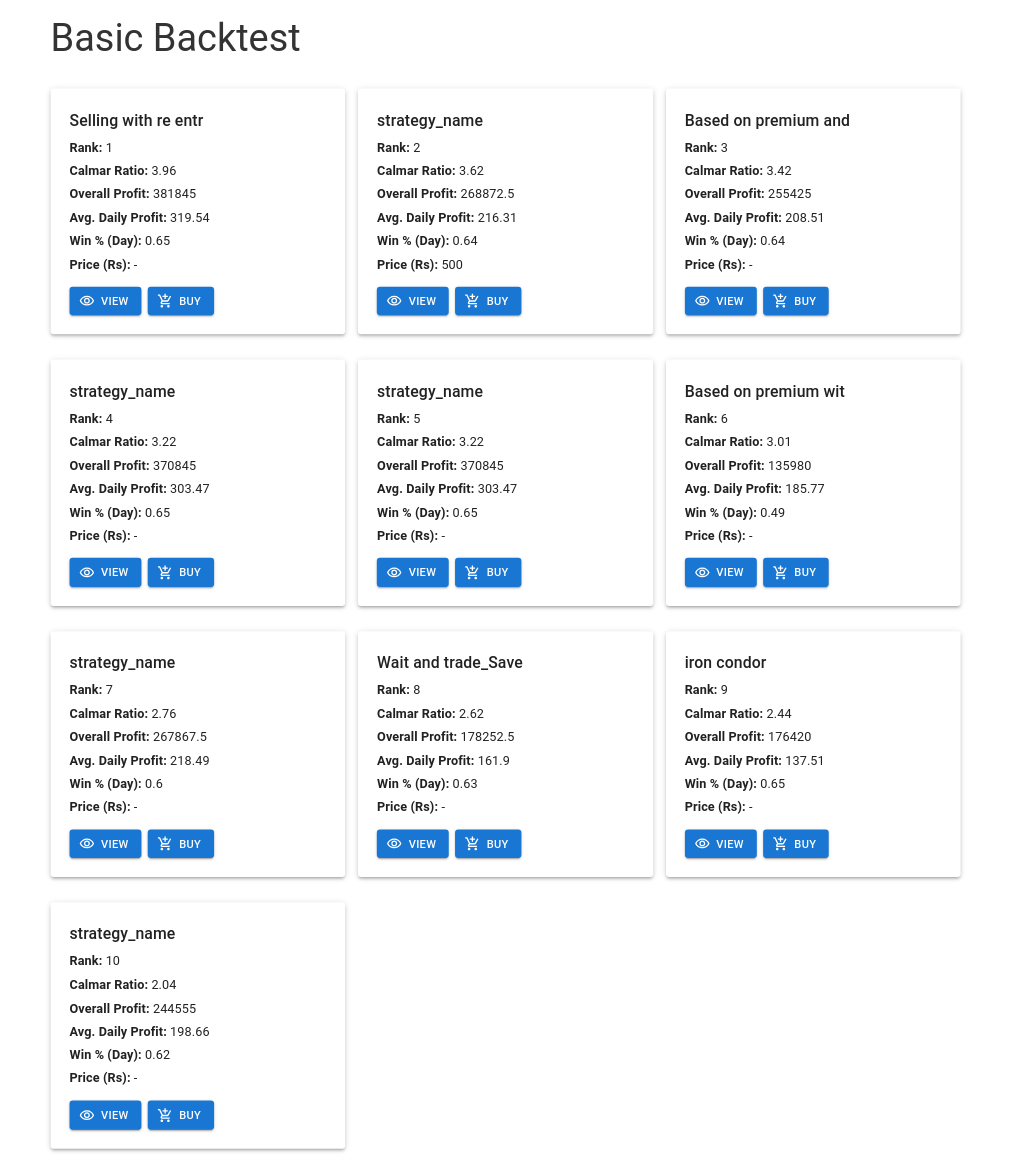
Repository: PraTEEkgUpTa2/Leaderboard
Page: /
An editor plug-in stored every save of this project. The page is shown before and after the next save, followed by the edit.
The browser window is 1280 px wide. The pictures show the whole page, at 79% of full size.
The project was rebuilt for these pictures with package versions that can differ from the ones it lists, and the page was loaded fresh each time. Also part of the build but not shown: src/App.css.

Above is the page before, as saved 2024-05-27 13:32:24.

After the next save:
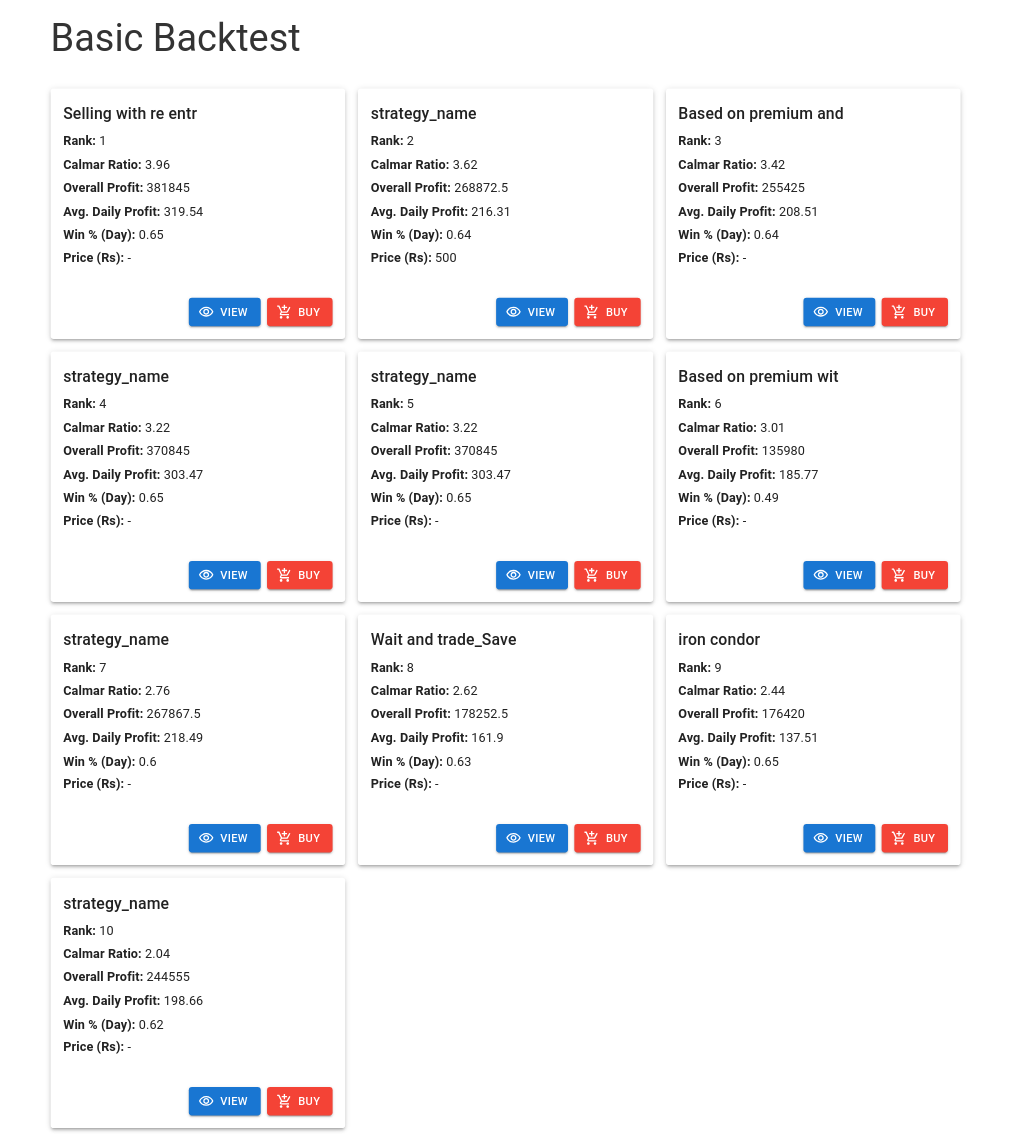
Saved 79 s later.
--- a/src/Leaderboard.js
+++ b/src/Leaderboard.js
@@ -1,15 +1,17 @@
 import React from 'react';
 import data from './data.json';
-import { Container, Typography, Box, Paper, Grid, Button } from '@mui/material';
+import { Container, Typography, Box, Card, CardContent, Grid, Button } from '@mui/material';
 import { VisibilityOutlined, AddShoppingCartOutlined } from '@mui/icons-material';
 import { styled } from '@mui/system';
 
-const StrategyCard = styled(Paper)(({ theme }) => ({
-  padding: theme.spacing(3),
-  marginBottom: theme.spacing(2),
-  backgroundColor: theme.palette.background.default,
+const StrategyCard = styled(Card)(({ theme }) => ({
+  backgroundColor: theme.palette.background.paper,
   boxShadow: theme.shadows[3],
   borderRadius: theme.shape.borderRadius,
+  transition: 'box-shadow 0.3s',
+  '&:hover': {
+    boxShadow: theme.shadows[5],
+  },
 }));
 
 const ViewButton = styled(Button)(({ theme }) => ({
@@ -44,34 +46,38 @@ const Leaderboard = () => {
         {data.map((strategy, index) => (
           <Grid item xs={12} sm={6} md={4} key={index}>
             <StrategyCard>
-              <Typography variant="h6" gutterBottom>
-                {strategy.Name}
-              </Typography>
-              <Typography variant="body1" gutterBottom>
-                <strong>Rank:</strong> {strategy.Rank}
-              </Typography>
-              <Typography variant="body1" gutterBottom>
-                <strong>Calmar Ratio:</strong> {strategy["Calmar Ratio"]}
-              </Typography>
-              <Typography variant="body1" gutterBottom>
-                <strong>Overall Profit:</strong> {strategy["Overall Profit"]}
-              </Typography>
-              <Typography variant="body1" gutterBottom>
-                <strong>Avg. Daily Profit:</strong> {strategy["Avg. Daily Profit"]}
-              </Typography>
-              <Typography variant="body1" gutterBottom>
-                <strong>Win % (Day):</strong> {strategy["Win %(Day)"]}
-              </Typography>
-              <Typography variant="body1" gutterBottom>
-                <strong>Price (Rs):</strong> {strategy["Price (Rs)"] ? strategy["Price (Rs)"] : '-'}
-              </Typography>
-              <Box mt={2}>
-                <Button startIcon={<VisibilityOutlined />} variant="contained" sx={{ mr: 1 }}>
-                  View
-                </Button>
-                <Button startIcon={<AddShoppingCartOutlined />} variant="contained">
-                  Buy
-                </Button>
+              <CardContent>
+                <Typography variant="h6" gutterBottom>
+                  {strategy.Name}
+                </Typography>
+                <Typography variant="body1" gutterBottom>
+                  <strong>Rank:</strong> {strategy.Rank}
+                </Typography>
+                <Typography variant="body1" gutterBottom>
+                  <strong>Calmar Ratio:</strong> {strategy["Calmar Ratio"]}
+                </Typography>
+                <Typography variant="body1" gutterBottom>
+                  <strong>Overall Profit:</strong> {strategy["Overall Profit"]}
+                </Typography>
+                <Typography variant="body1" gutterBottom>
+                  <strong>Avg. Daily Profit:</strong> {strategy["Avg. Daily Profit"]}
+                </Typography>
+                <Typography variant="body1" gutterBottom>
+                  <strong>Win % (Day):</strong> {strategy["Win %(Day)"]}
+                </Typography>
+                <Typography variant="body1" gutterBottom>
+                  <strong>Price (Rs):</strong> {strategy["Price (Rs)"] ? strategy["Price (Rs)"] : '-'}
+                </Typography>
+              </CardContent>
+              <Box display="flex" justifyContent="flex-end" p={2}>
+                <Box>
+                  <ViewButton startIcon={<VisibilityOutlined />} variant="contained" sx={{ mr: 1 }}>
+                    View
+                  </ViewButton>
+                  <BuyButton startIcon={<AddShoppingCartOutlined />} variant="contained">
+                    Buy
+                  </BuyButton>
+                </Box>
               </Box>
             </StrategyCard>
           </Grid>
